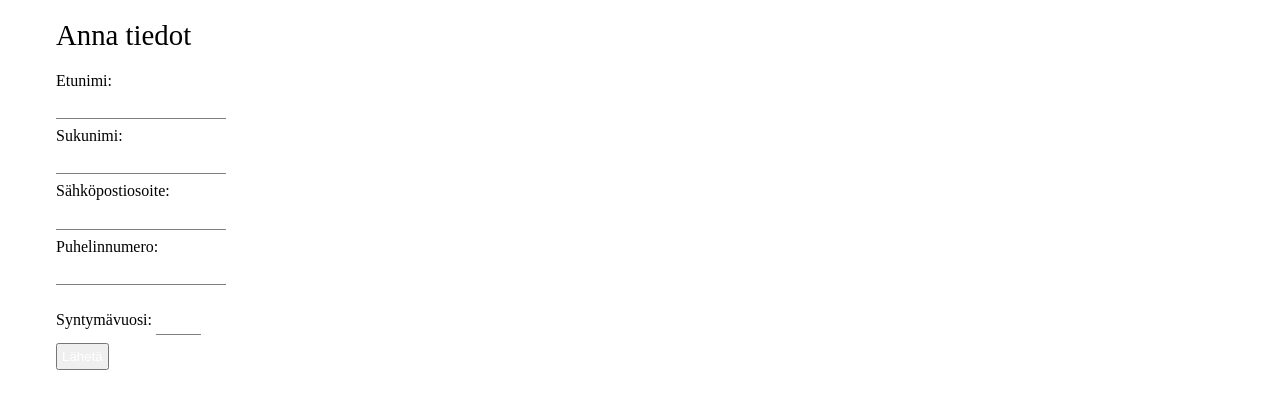
Repository: sirkian/ohj2-t4
Page: http://localhost/Tehtava3/kysy.jsp
These files come from the project's save history. The page is drawn as it stood at one moment and after the next save; the edit follows.
The browser window is 1280 px wide. The pictures show the whole page.
The page is served by Tomcat 9.

Above is the page before, as saved 2022-03-23 13:33:07.

After the next save:
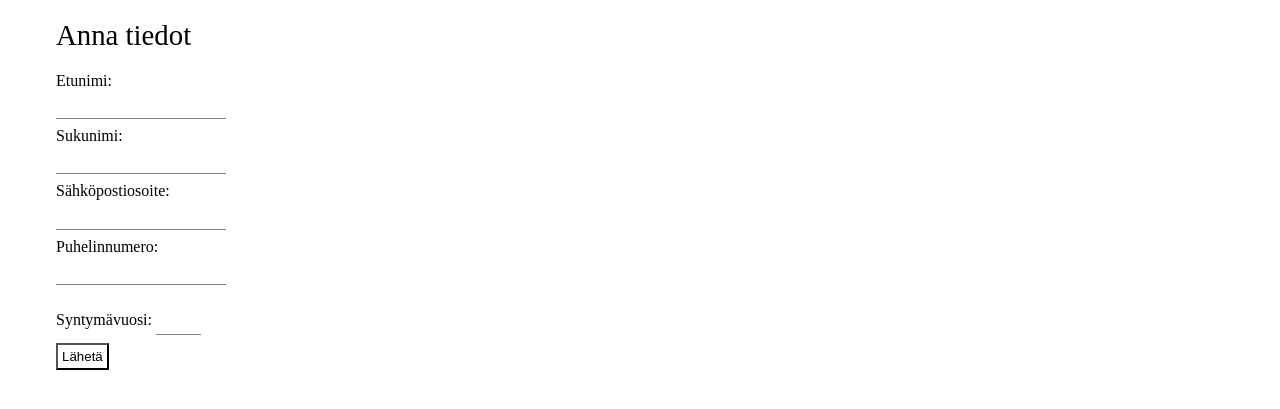
Saved 13 s later.
--- a/Tehtava3/src/main/webapp/kysy.jsp
+++ b/Tehtava3/src/main/webapp/kysy.jsp
@@ -26,7 +26,7 @@
 	}
 	input[type=submit] {
 		padding: .3em;
-		color: white;
+		background-color: white;
 	}
 	h1 {
 		font-size: 1.8em;
